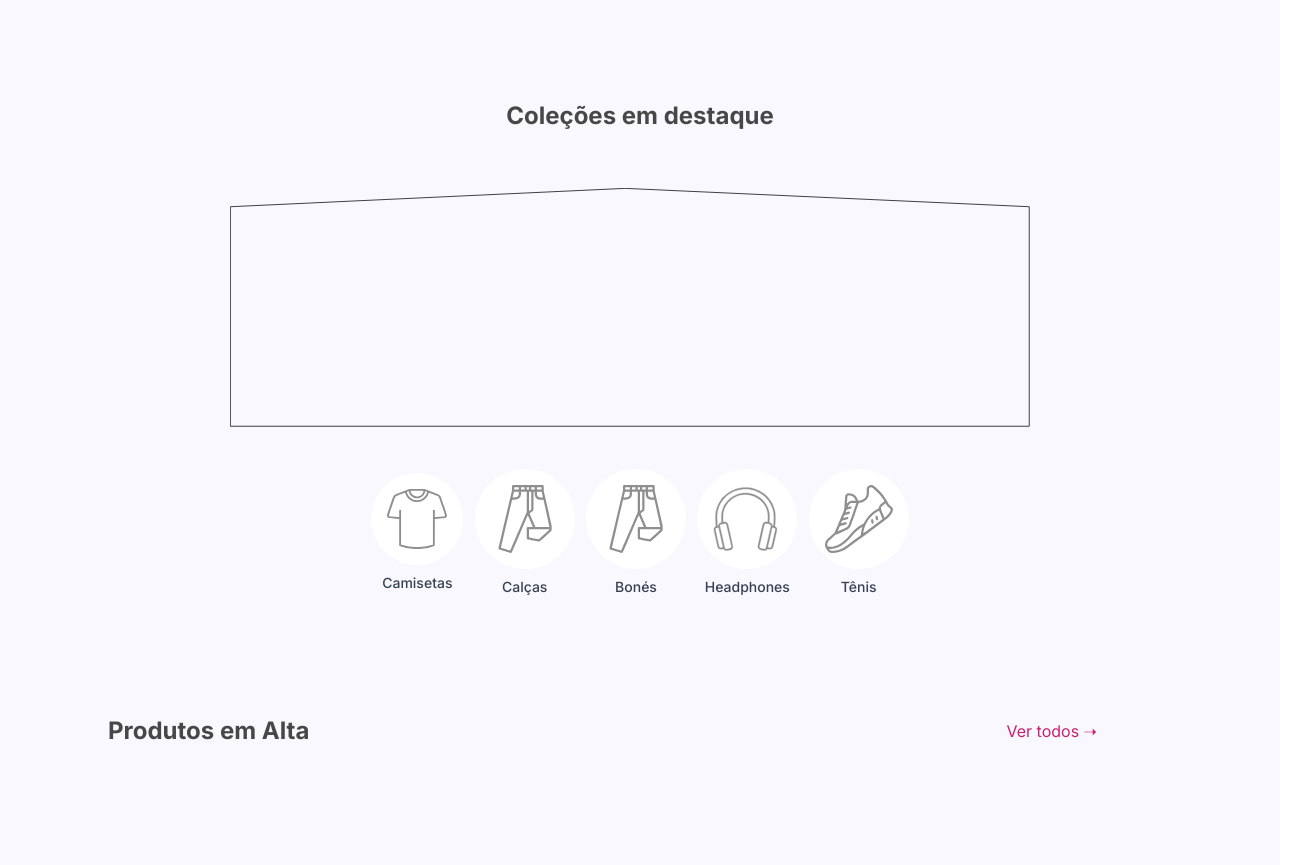
Repository: gimoli/loja-digital
Page: index.html
The author's editor kept a copy of each file at every save. The page is drawn from the files as they stood at one save, then again after a run of saves.
The browser window is 1280 px wide. The page is 1280 px wide, then 1299 px, so the pictures cover 1299 px, including what lies to the right of the window. The pictures show the part of the page from y = 1294 to 2159 px (the page is 2159 px tall before and 1880 px after).

Above is the page before, as saved 2025-04-25 13:29:27.

After the next 3 saves:
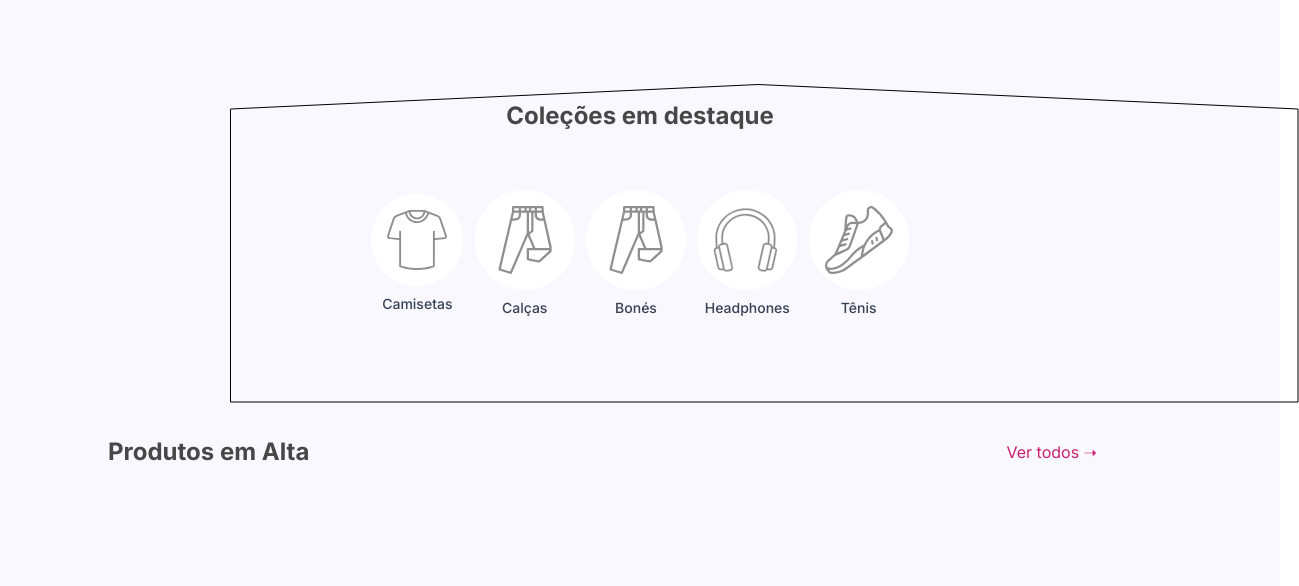
The 3 saves are shown as one change because they came seconds apart.
The last was saved 9 s later.
--- a/index.html
+++ b/index.html
@@ -129,7 +129,7 @@
             <h4 class="text-(--dark-gray-2) font-bold text-2xl text-center py-4">
                 Coleções em destaque
             </h4>
-            <img src="/assets/borda.svg" alt="foto da borda" class="mr-[20px]"/>
+            <img src="/assets/borda.svg" alt="foto da borda" class="absolute"/>
         </div>
         </section>
 
